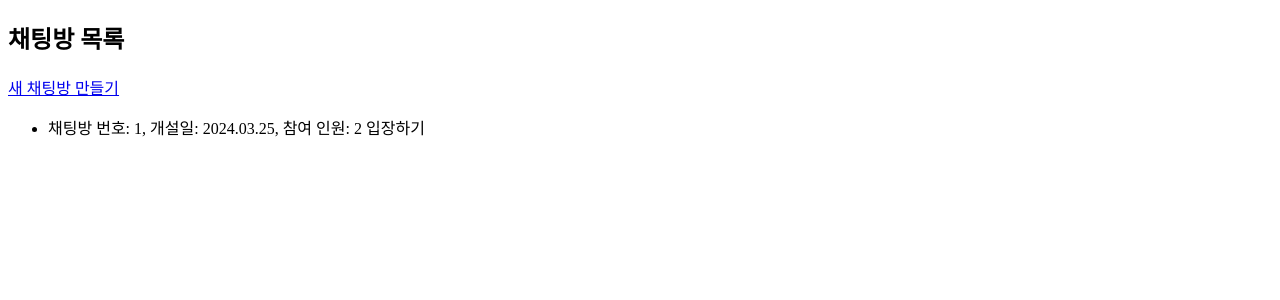
Repository: KimDongGyuu/final
Page: http://localhost/aceworks/chatRooms.jsp
These files come from the project's save history. The page is drawn as it stood at one moment and after the next save; the edit follows.
The browser window is 1280 px wide. The pictures show the whole page.
The page is served by Tomcat 9. Nobody is signed in. The application's start-up code is not run. Other server files are loaded and not shown.

Above is the page before, as saved 2024-03-25 05:04:23.

### aceworks/src/main/webapp/chatRooms.jsp
<%@ page language="java" contentType="text/html; charset=UTF-8"
    pageEncoding="UTF-8"%>
<!DOCTYPE html>
<html>
<head>
<meta charset="UTF-8">
<title>Insert title here</title>
</head>
<body>
<div class="container">
    <h2 class="mt-5">채팅방 목록</h2>
    <div>
        <a href="/path/to/create/chatroom" class="btn btn-primary mt-3">새 채팅방 만들기</a>
    </div>
    <ul class="list-group mt-3">
        <%-- 채팅방 목록 데이터 반복 처리 --%>

            <li class="list-group-item">
                채팅방 번호: 1, 개설일: 2024.03.25, 참여 인원: 2
                <a>입장하기</a>
            </li>

    </ul>
</div>
</body>
</html>

### aceworks/src/main/webapp/WEB-INF/views/include/style.jsp
<%@ page language="java" contentType="text/html; charset=UTF-8"
    pageEncoding="UTF-8"%>
<!DOCTYPE html>
<html>
<head>
<meta charset="UTF-8">
<title>Insert title here</title>
<link
   href="https://cdn.jsdelivr.net/npm/bootstrap@5.3.3/dist/css/bootstrap.min.css"
   rel="stylesheet"
   integrity="sha384-QWTKZyjpPEjISv5WaRU9OFeRpok6YctnYmDr5pNlyT2bRjXh0JMhjY6hW+ALEwIH"
   crossorigin="anonymous">
<script
   src="https://cdn.jsdelivr.net/npm/bootstrap@5.3.3/dist/js/bootstrap.bundle.min.js"
   integrity="sha384-YvpcrYf0tY3lHB60NNkmXc5s9fDVZLESaAA55NDzOxhy9GkcIdslK1eN7N6jIeHz"
   crossorigin="anonymous"></script>
<script
   src="https://cdn.jsdelivr.net/npm/@popperjs/core@2.11.8/dist/umd/popper.min.js"
   integrity="sha384-I7E8VVD/ismYTF4hNIPjVp/Zjvgyol6VFvRkX/vR+Vc4jQkC+hVqc2pM8ODewa9r"
   crossorigin="anonymous"></script>
<script
   src="https://cdn.jsdelivr.net/npm/bootstrap@5.3.3/dist/js/bootstrap.min.js"
   integrity="sha384-0pUGZvbkm6XF6gxjEnlmuGrJXVbNuzT9qBBavbLwCsOGabYfZo0T0to5eqruptLy"
   crossorigin="anonymous"></script>
</head>
<body>

</body>
</html>

After the next save:
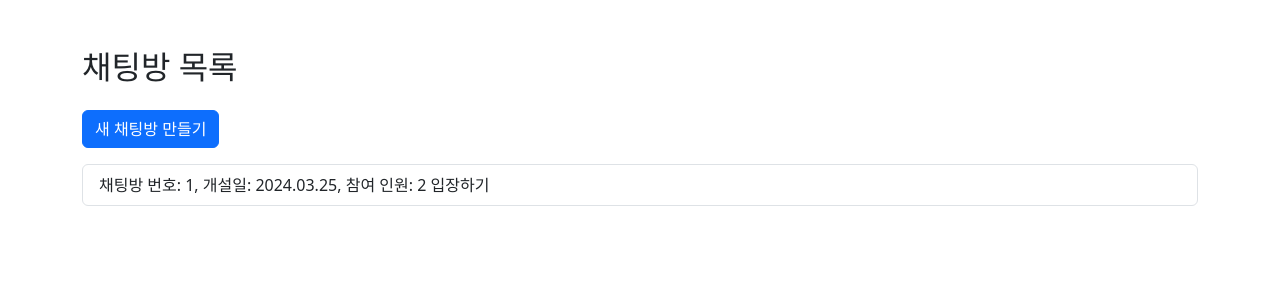
Saved 27 s later.
--- a/aceworks/src/main/webapp/chatRooms.jsp
+++ b/aceworks/src/main/webapp/chatRooms.jsp
@@ -1,5 +1,6 @@
 <%@ page language="java" contentType="text/html; charset=UTF-8"
     pageEncoding="UTF-8"%>
+<%@ include file="/WEB-INF/views/include/style.jsp"%>
 <!DOCTYPE html>
 <html>
 <head>
